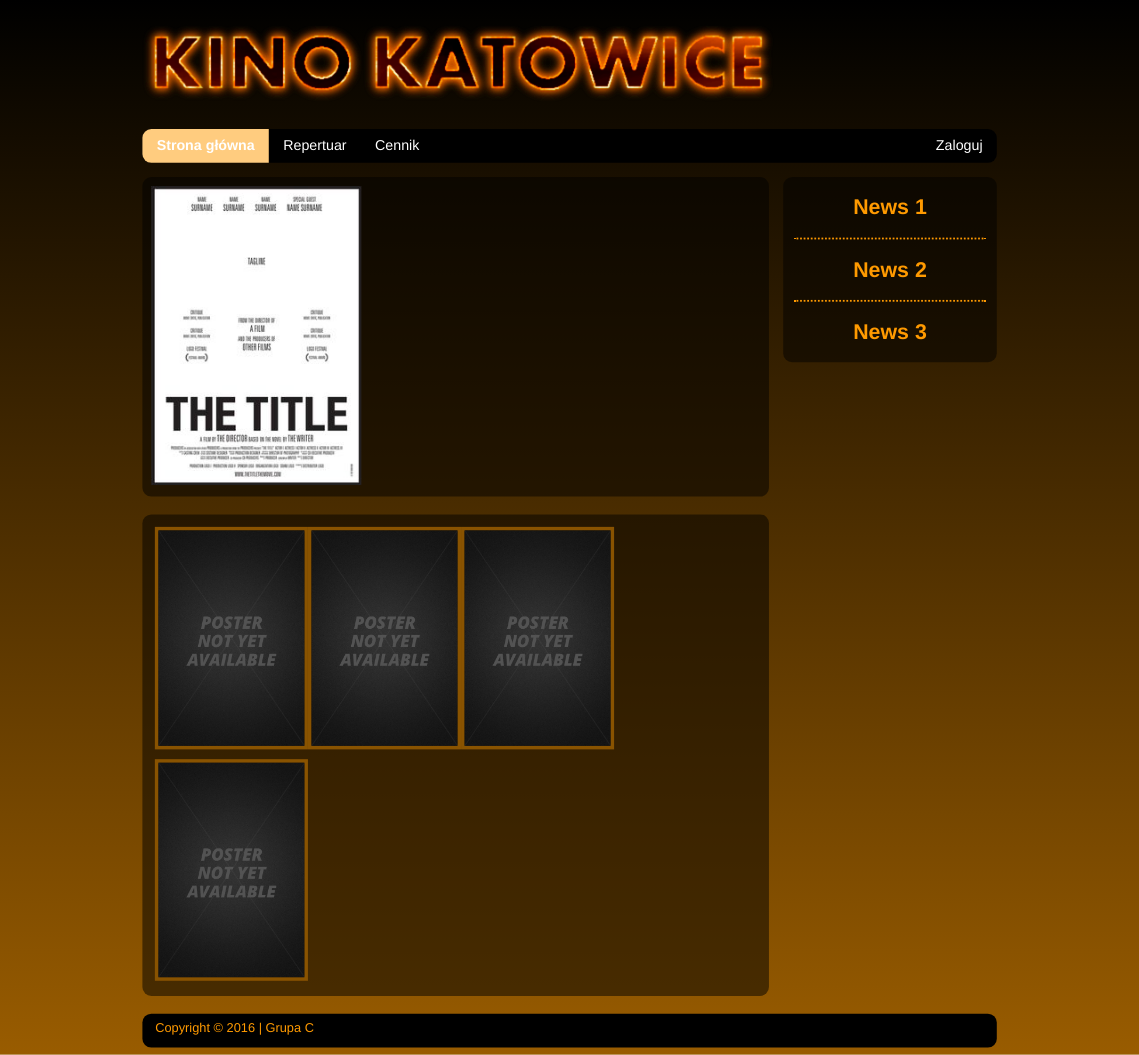
Repository: Gate4/Grupa-C
Page: http://localhost/KinoWebApp/WEB-INF/jsp/welcome.jsp
These files come from the project's save history. The page is drawn as it stood at one moment and after the next save; the edit follows.
The browser window is 1280 px wide. The pictures show the whole page, at 89% of full size.
Some web libraries are served in a nearby version. The page is served by Tomcat 9. Nobody is signed in. Other server files are loaded and not shown. The template is opened directly, without the code that normally fills it, so the values that code supplies are empty.

Above is the page before, as saved 2016-04-21 21:43:55.

### KinoWebApp/WebContent/WEB-INF/jsp/welcome.jsp
<%@page pageEncoding="UTF-8" contentType="text/html; charset=UTF-8"%>
<%@ taglib prefix="spring" uri="http://www.springframework.org/tags"%>
<!DOCTYPE html>
<html>
<head>


<spring:url value="/resources/style.css" var="styleCSS" />
<link href="${styleCSS}" rel="stylesheet" />
<script
	src="https://ajax.googleapis.com/ajax/libs/jquery/2.1.3/jquery.min.js"></script>
<link href="${styleCSS}" rel="stylesheet" />
<title>Kino</title>
</head>

<body>
	<div id="page">
		<header>
			<h1 id="logo">
				<img src="img/logo.png" alt="Najlepsze kino ever">
			</h1>

			<nav class="clear">
				<ul>
					<li><a class="active" href='#'>Strona główna</a></li>
					<li><a href='#'>Repertuar</a></li>
					<li><a href='#'>Cennik</a></li>
					<li><a href='#'>Zaloguj</a></li>
				</ul>
			</nav>
		</header>


		<div id="content" role="main">
			<section class="primary">
				<section class="tile">
					<img src="resources/img/poster1.jpg" alt="Tytuł filmu 1">
				</section>

				<section class="tile">
					<section class="poster">
						<a href='#'><img src="resources/img/poster4.jpg"
							alt="Tytuł filmu 1"></a>
					</section>
					<section class="poster">
						<a href='#'><img src="resources/img/poster4.jpg"
							alt="Tytuł filmu 2"></a>
					</section>
					<section class="poster">
						<a href='#'><img src="resources/img/poster4.jpg"
							alt="Tytuł filmu 3"></a>
					</section>
					<section class="poster">
						<a href='#'><img src="resources/img/poster4.jpg"
							alt="Tytuł filmu 4"></a>
					</section>
				</section>

			</section>

			<aside class="secondary">
				<section>
					<h2>News 1</h2>
					<p>${message}</p>
				</section>
				<hr>
				<section>
					<h2>News 2</h2>
					<p>${message}</p>
				</section>
				<hr>
				<section>
					<h2>News 3</h2>
					<p>${message}</p>
				</section>
			</aside>
		</div>

		<footer class="clear">
			<section class="footer">
				<p>Copyright © 2016 | Grupa C</p>
			</section>
		</footer>
	</div>

</body>

</html>

### KinoWebApp/WebContent/resources/style.css
body{
	background: #000000;
	background: linear-gradient(#000000, #995c00);
	color: #FF9A00;
	font-family: Helvetica, Verdana, sans;
}

#page{
	width: 960px;
	margin: 0 auto;
}

#logo, .primary, .poster, .tile{
	float: left;
}

#contact, .secondary{
	float: right;
}

.clear{
	clear: both;
}

.primary{
	width: 75%;
}

.secondary{
	border-radius: 10px;
	background-color: #000000;
	background-color: rgba(0,0,0,0.5);
	width: 25%;
}

.secondary p{
	margin-left: 1em;
	text-align: left;
	color: #FFCC7F;
}

.secondary h2{
	text-align: center;
}

.secondary hr{
	border: none;
	border-top: 2px dotted #FF9A00;
	width: 90%;
}

nav ul{
	border-radius: 10px;
	background-color: #000000;
	min-height: 2.4em;
	list-style: none;
	padding: 0;
}

nav ul li{
	display: inline;
	padding: 5px 1em;
}

nav ul li a{
	display: block;
	float: left;
	height: 1.2em;
	padding: 0.6em 1em;
	margin: 0;
	color: #fff;
	text-decoration: none;
}

nav ul li a:hover, a.active{
	background: #FFCC7F;
	font-weight: bold;
}

nav ul li:last-child{
	float: right;
	padding: 0;
}

nav ul li:first-child a:hover, nav ul li:first-child a.active{
	border-radius: 10px 0 0 10px;
}

nav ul li:last-child a:hover, nav ul li:last-child a.active{
	border-radius: 0 10px 10px 0;
}


.hidden{
	display: none;
}

.poster{
	width: 24%;
	padding: 4px 4px 4px 4px;
}

.poster img{
	border-style: solid;
    border-width: 4px;
    border-color: #895300;
	width: 100%;
}

.poster img:hover{
	border-style: solid;
    border-width: 4px;
    border-color: #ffb13b;
	width: 100%;
}


.tile{
    border-radius: 10px;
	background-color: #000000;
	background-color: rgba(0,0,0,0.5);
    width: 95%;

    color: #111;

    font-size: 0.8em;

    text-align: left;

    margin: 0px 20px 20px 0px;

    padding: 10px 10px 10px 10px;

    border-radius: 10px;
}

.footer{
	border-radius: 10px;
	background-color: #000000;
	min-height: 2.4em;
	padding: 0 0px 0 0;
}

.footer p{
	font-size: 0.9em;
	padding: 0.6em 1em;
}

After the next save:
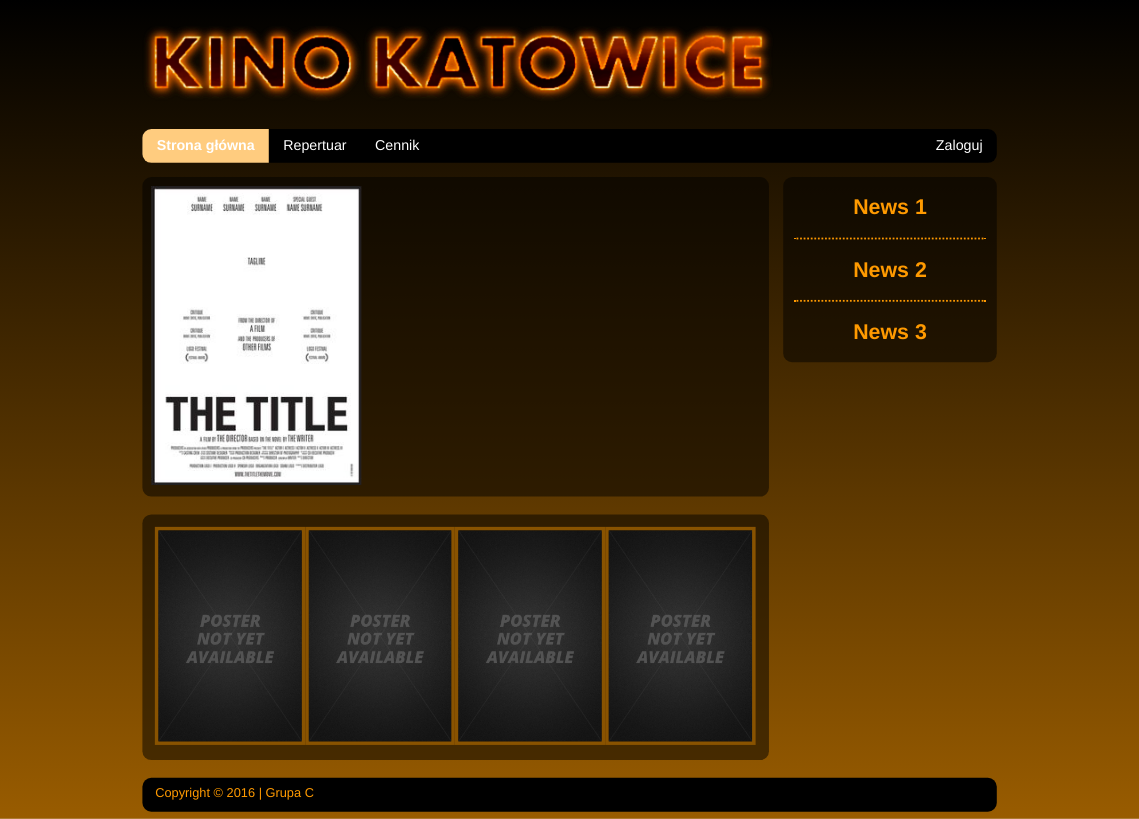
Saved 7 s later.
--- a/KinoWebApp/WebContent/resources/style.css
+++ b/KinoWebApp/WebContent/resources/style.css
@@ -96,7 +96,7 @@ nav ul li:last-child a:hover, nav ul li:last-child a.active{
 }
 
 .poster{
-	width: 24%;
+	width: 23.5%;
 	padding: 4px 4px 4px 4px;
 }
 
